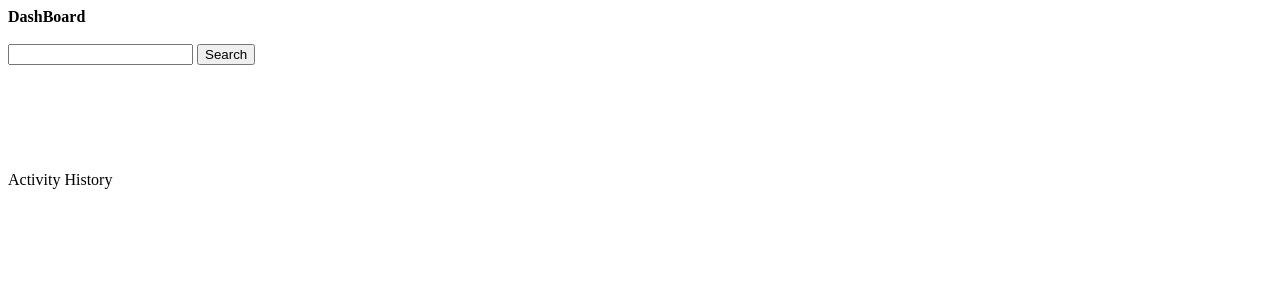
Repository: kevinfang111/417
Page: http://localhost/auction1/dashboard.jsp
An editor plug-in stored every save of this project. The page is shown before and after the next save, followed by the edit.
The browser window is 1280 px wide. The pictures show the whole page.
The page is served by Tomcat 9. Other server files are loaded and not shown.

Above is the page before, as saved 2013-04-08 01:48:46.

### auction1/war/dashboard.jsp
<html>
	<title>
		Dashboard
	</title>

	<b>DashBoard</b>
	<br></br>

	<form action="createItem.jsp" method="post">
		<input type="text" id="searchItems" name="searchItems"/>
		<input type="submit" value="Search"/>
	</form>

	<br></br>
	<br></br>

	<br>Activity History</br>

</html>

After the next save:
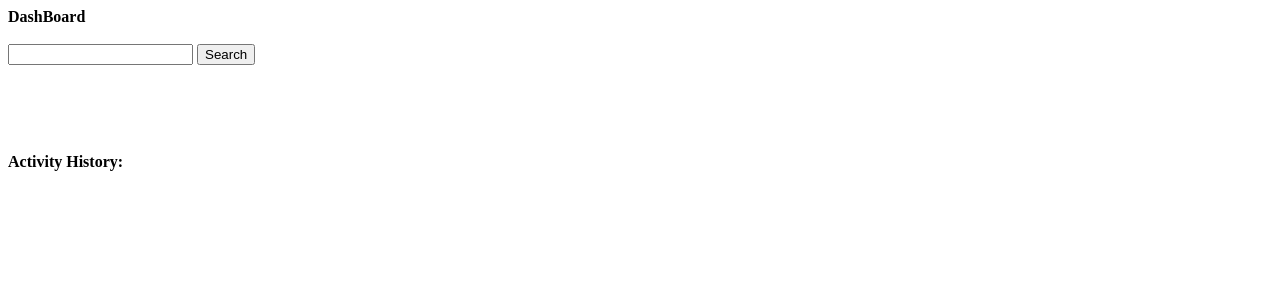
Saved 2 min 15 s later.
--- a/auction1/war/dashboard.jsp
+++ b/auction1/war/dashboard.jsp
@@ -14,6 +14,7 @@
 	<br></br>
 	<br></br>
 
-	<br>Activity History</br>
+	<b>Activity History: </b>
+	<% %>
 
 </html>
